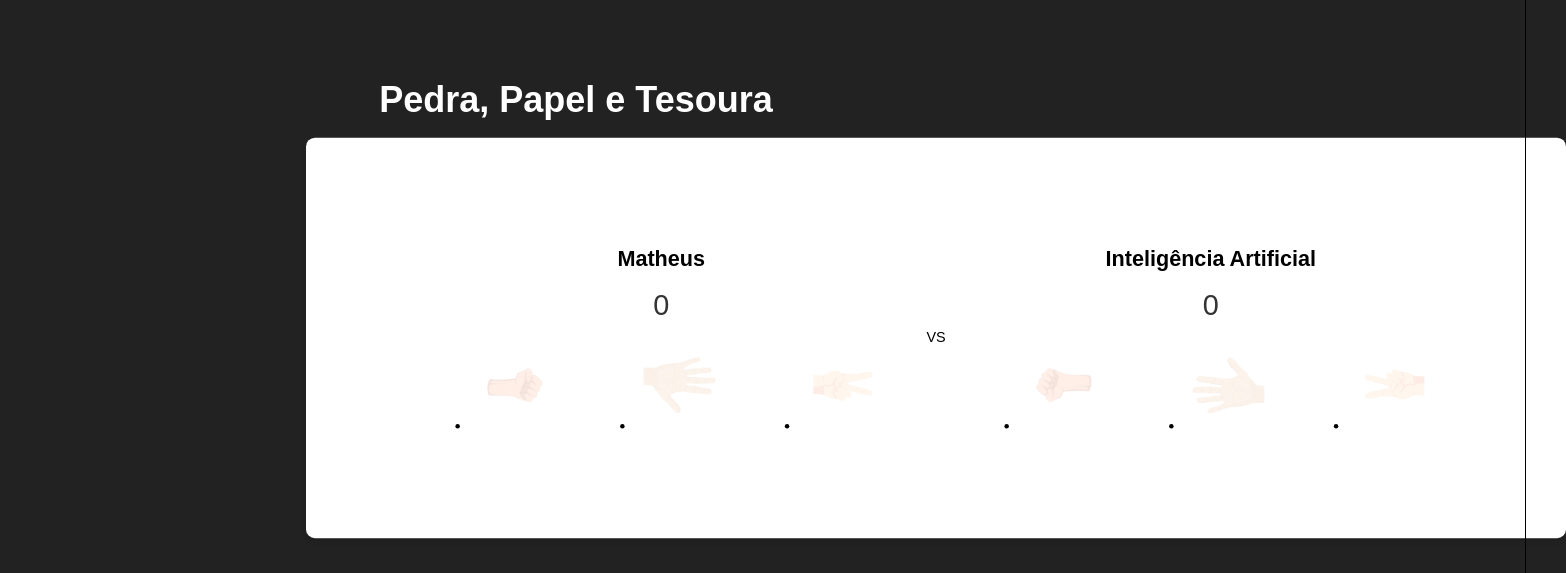
Repository: Matheus904-12/Pedra-Papel
Page: index.html
An editor plug-in stored every save of this project. The page is shown before and after the next save, followed by the edit.
The browser window is 1280 px wide. The page is 1740 px wide, then 1280 px, then 1740 px, so the pictures cover 1740 px, including what lies to the right of the window. The pictures show the whole page, at 90% of full size.

Above is the page before, as saved 2023-08-28 21:56:59.

After the next save:
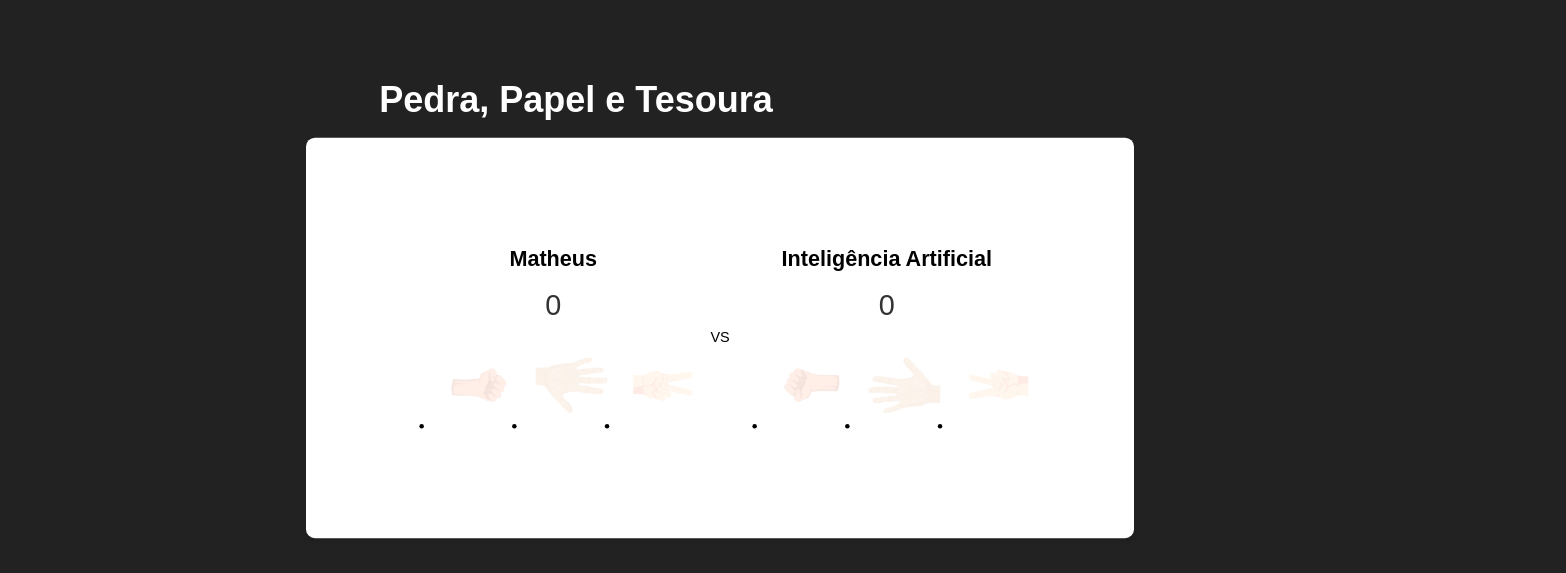
Saved 23 s later.
--- a/style.css
+++ b/style.css
@@ -50,7 +50,7 @@
     background-color: #fff;
     border-radius: 10px;
     box-shadow: 0 4px 6px rgba(0, 0, 0, 0.1);
-    width: 100vw;
+    width: 100vh;
     margin: 0 auto;
     max-width: 1200px;
 }

After the save that followed:
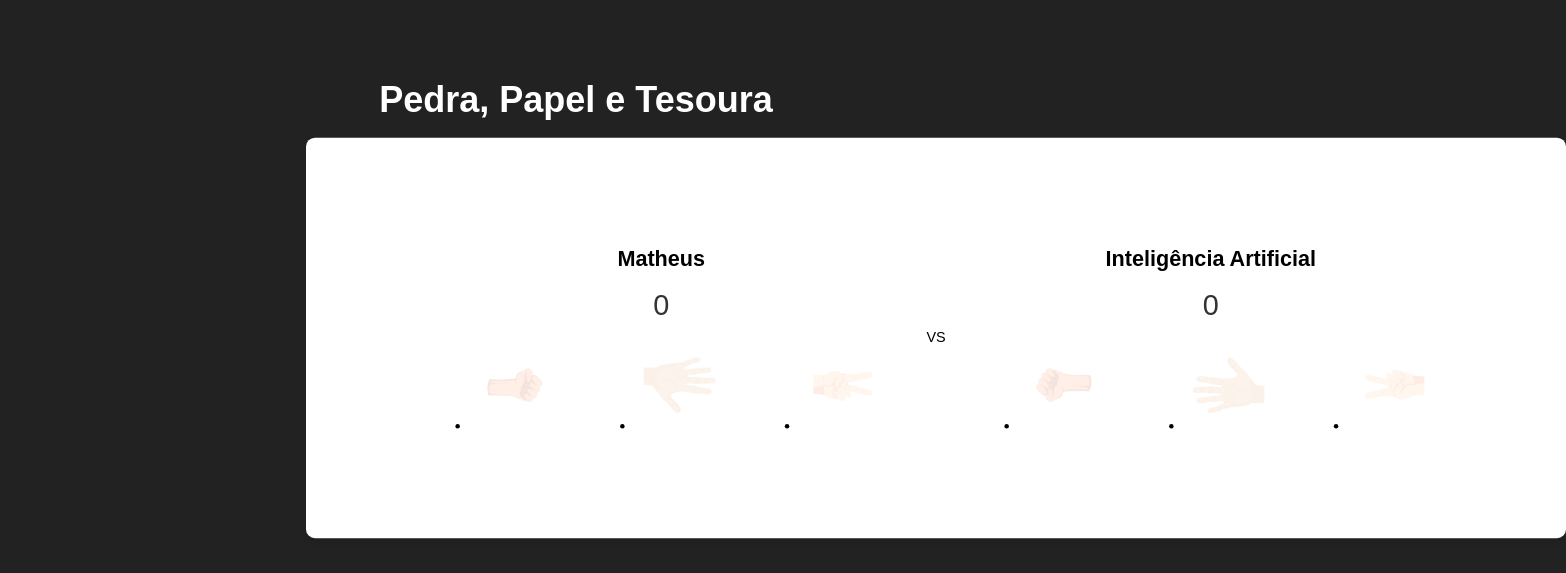
Saved 10 s later.
--- a/style.css
+++ b/style.css
@@ -50,7 +50,7 @@
     background-color: #fff;
     border-radius: 10px;
     box-shadow: 0 4px 6px rgba(0, 0, 0, 0.1);
-    width: 100vh;
+    width: 100vw;
     margin: 0 auto;
     max-width: 1200px;
 }
